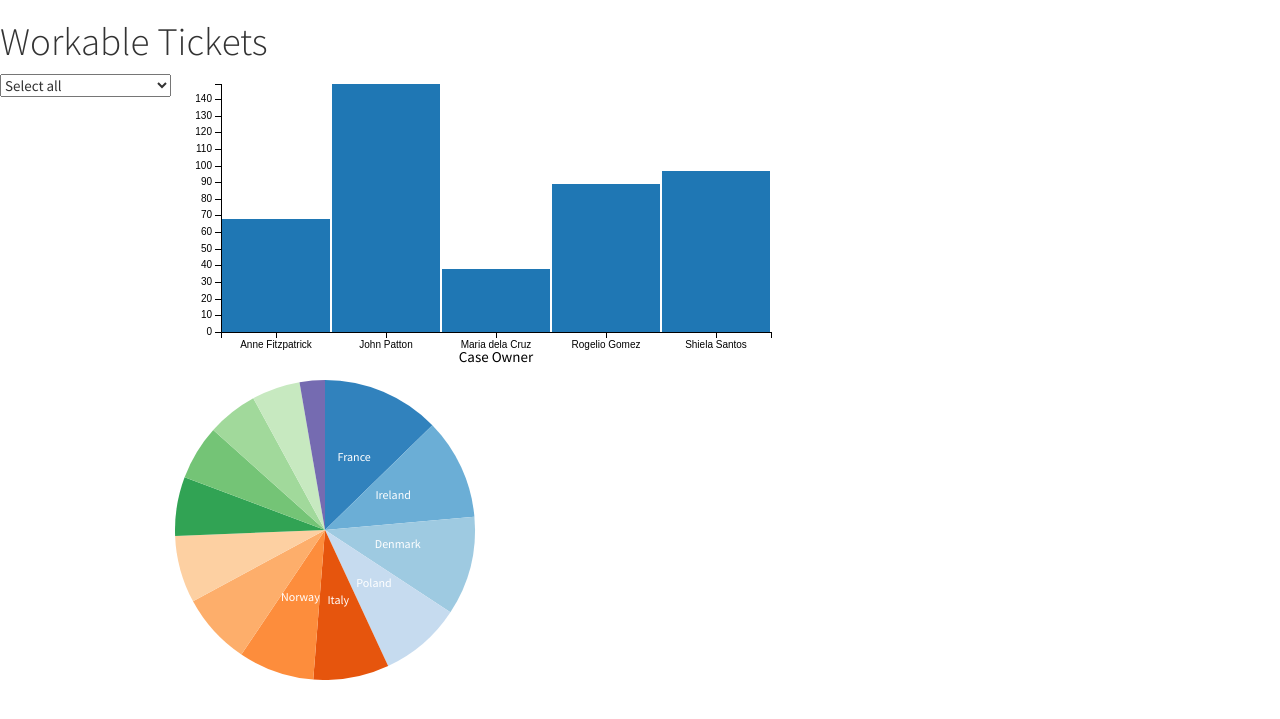
Repository: RChanco/Workable-Tickets-Dashboard
Page: index.html
The author's editor kept a record of every edit. The page is drawn from the files as they stood at one moment, then again after the next edit.
The browser window is 1280 px wide. The pictures show the whole page.

Above is the page before.

After the next edit:
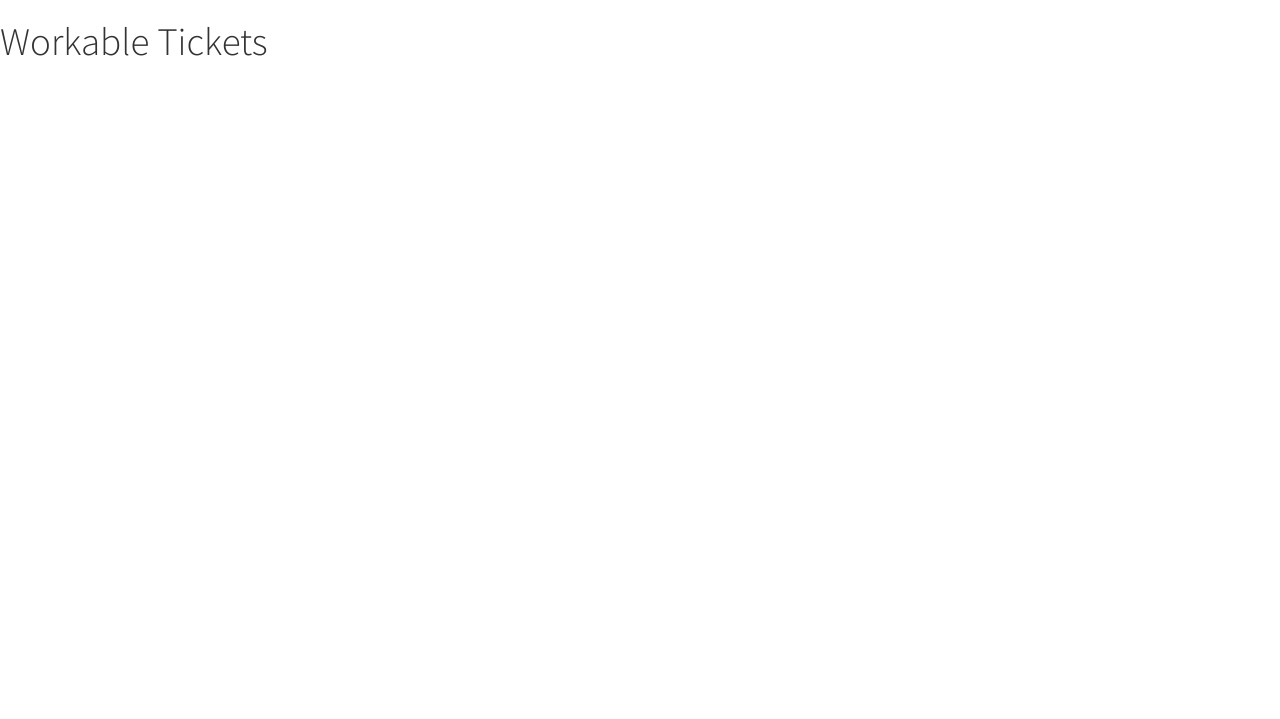
Console error: ReferenceError: show_case_days_old is not defined
The edit:
--- a/static/js/graph.js
+++ b/static/js/graph.js
@@ -7,7 +7,7 @@
 
     show_status_selector(ndx);
     show_case_owner(ndx);
-/*    show_case_status_age(ndx);  */
+    show_case_days_old(ndx);
     show_case_country(ndx);
 
     dc.renderAll();

After the 4 edits that followed:
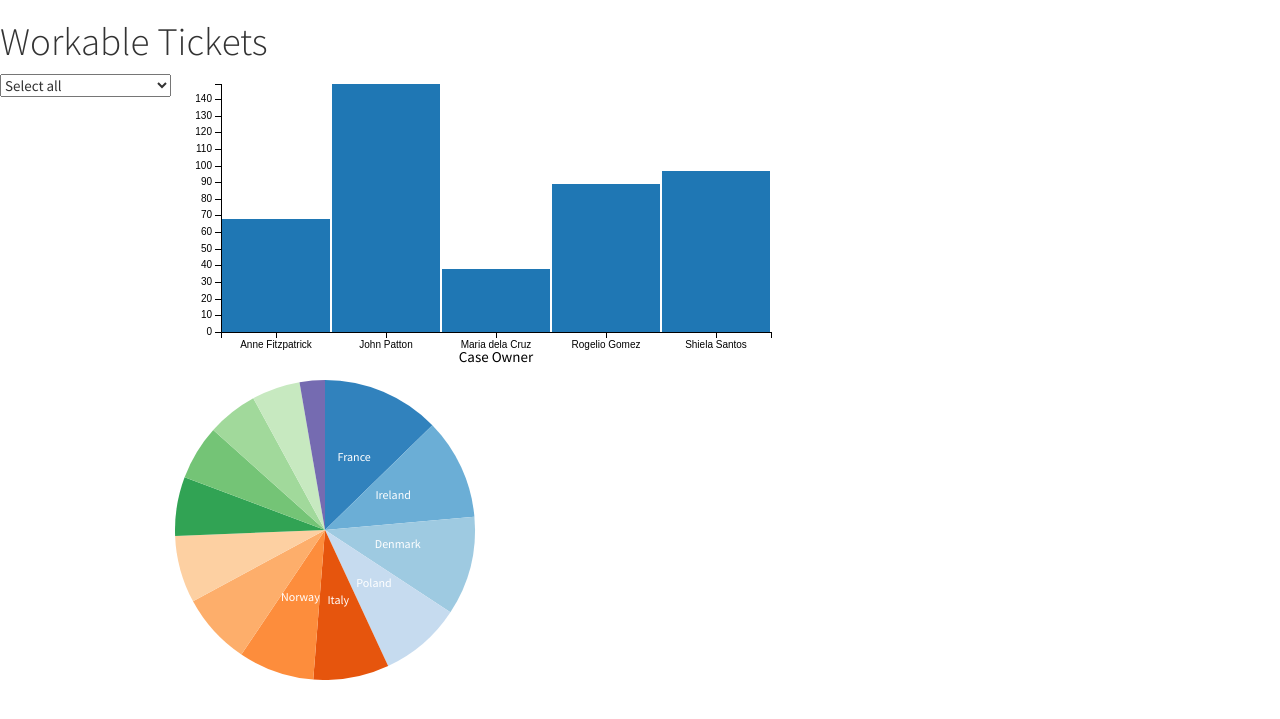
The error is gone.
The 4 edits are shown as one change because 3 left the picture as it was.
The edit:
--- a/static/js/graph.js
+++ b/static/js/graph.js
@@ -39,24 +39,34 @@
         .yAxis().ticks(20);
 }
 
-function show_days_old(ndx) {
+function show_case_days_old(ndx) {
     var dim = ndx.dimension(dc.pluck('DaysOld'));
-    var group = dim.group();
 
-    dc.barChart("#case-status-age")
-        .width(400)
-        .height(300)
-        .margins({top: 10, right: 50, bottom: 30, left: 50})
-        .dimension(dim)
-        .group(group)
-        .transitionDuration(500)
-        .x(d3.scale.ordinal())
-        .xUnits(dc.units.ordinal)
-        .xAxisLabel("Case Status")
-        .yAxis().ticks(20);
+    function add_item(p, v) {
+        p.count++;
+        p.total += v.DaysOld;
+        p.average = p.total / p.count;
+        return p;
+    }
+
+    function remove_item(p, v) {
+        p.count--;
+        if(p.count == 0) {
+            p.total = 0;
+            p.average = 0;
+        } else {
+            p.total -= v.DaysOld;
+            p.average = p.total / p.count;
+        }
+        return p;
+    }
+
+    function initialise() {
+        return {count: 0, total: 0, average: 0};
+    }
+
+    var averageSalaryByGender = dim.group().reduce(add_item, remove_item, initialise);
 }
-
-
 
 function show_case_country(ndx) {
     var dim = ndx.dimension(dc.pluck('CaseCountry'));
